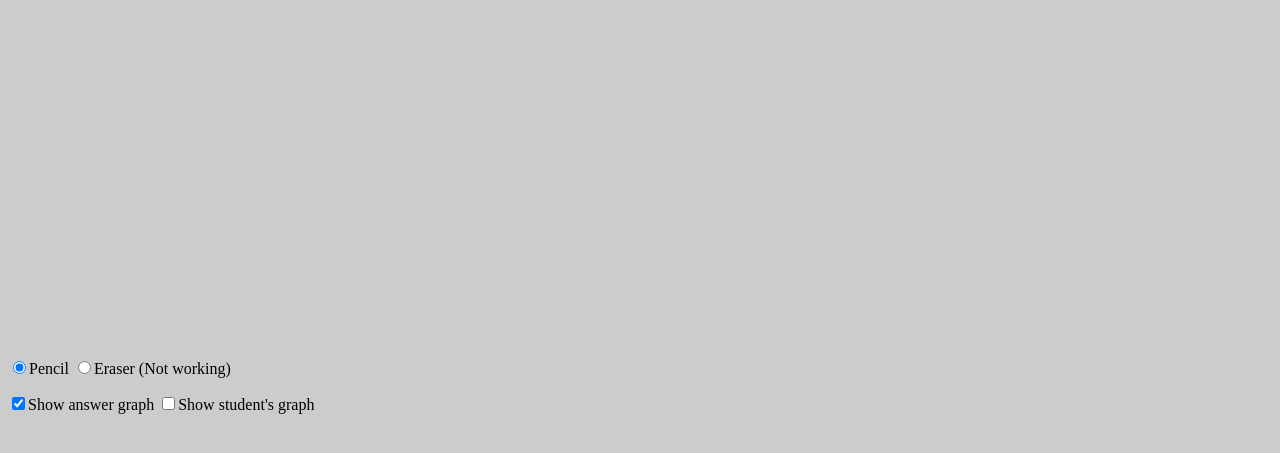
Repository: danmartelly/601autogradeGraphs
Page: flotSketching/test.html
These files come from the project's save history. The page is drawn as it stood at one moment and after the next save; the edit follows.
The browser window is 1280 px wide. The pictures show the whole page.

Above is the page before, as saved 2014-01-15 21:01:19.

After the next save:
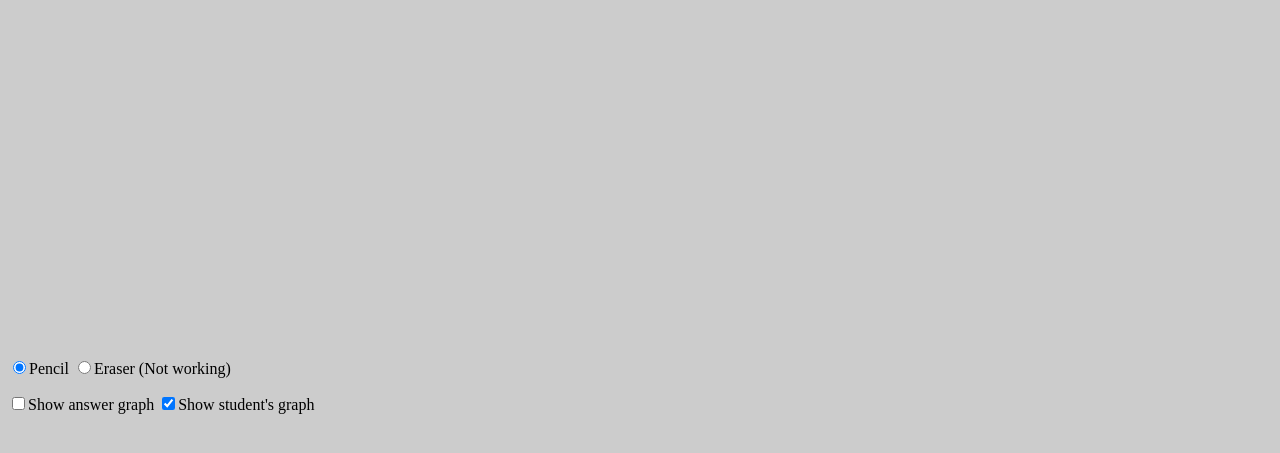
Saved 12 s later.
--- a/flotSketching/test.html
+++ b/flotSketching/test.html
@@ -18,8 +18,8 @@
 		<input id = "eraserRadio" type="radio" name="tool" value="eraser">Eraser (Not working)
 	</form>
 	<form id="showGraphs">
-		<input id="answerCheckbox" type="checkbox" name="tool" value="answerGraph" checked="checked">Show answer graph
-		<input id = "studentCheckbox" type="checkbox" name="tool" value="studentGraph">Show student's graph
+		<input id="answerCheckbox" type="checkbox" name="tool" value="answerGraph">Show answer graph
+		<input id = "studentCheckbox" type="checkbox" name="tool" value="studentGraph" checked="checked">Show student's graph
 	</form>
 	<div id="feedback">
 	</div>
